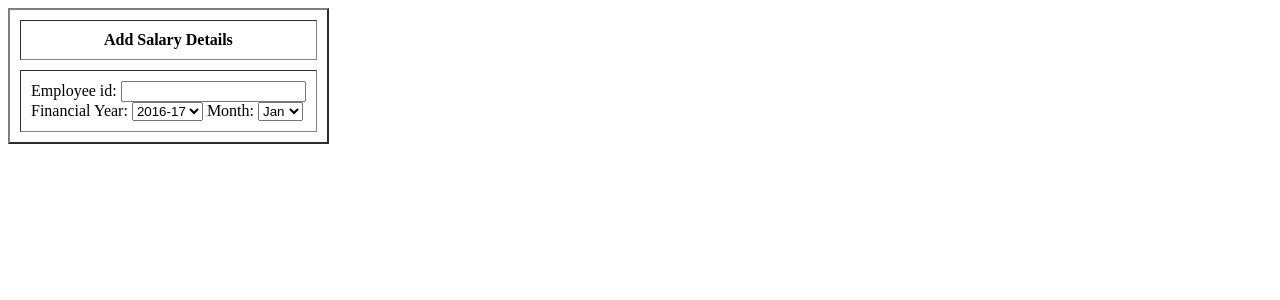
Repository: omgitsrish/MyProject
Page: http://localhost/Employee/
The author's editor kept a copy of each file at every save. The page is drawn from the files as they stood at one save, then again after the next save.
The browser window is 1280 px wide. The pictures show the whole page.
The page is served by Tomcat 9. Other server files are loaded and not shown.

Above is the page before, as saved 2018-07-31 19:37:55.

### Test/Employee/WebContent/index.jsp
<%@ page language="java" contentType="text/html; charset=ISO-8859-1"
	pageEncoding="ISO-8859-1"%>

<html>
<head>
<meta http-equiv="Content-Type" content="text/html; charset=ISO-8859-1">
<title>Insert title here</title>
</head>
<body>

<form action="Controller" method="get">
	<table border="2" cellspacing="10" cellpadding="10">
		<th>Add Salary Details</th>
		<tr>
			<td> Employee id: <input type="number" name="empid" /> <br>
				Financial Year:
				<select name="fyear" >
					<option>2016-17</option>
					<option>2017-18</option>
					<option>2018-19</option>
				</select>
				Month:
				<select name="fyear" >
					<option>Jan</option>
					<option>Feb</option>
					<option>Mar</option>
				</select>
		</tr>
	</table>
</form>

</body>
</html>

After the next save:
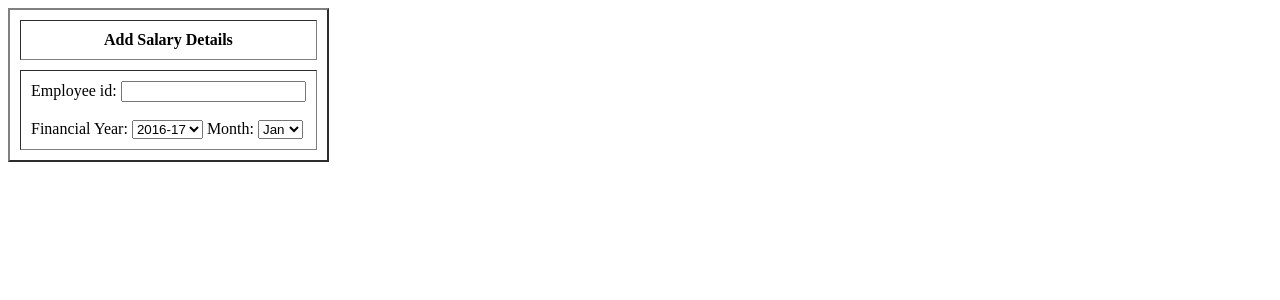
Saved 20 s later.
--- a/Test/Employee/WebContent/index.jsp
+++ b/Test/Employee/WebContent/index.jsp
@@ -12,7 +12,7 @@
 	<table border="2" cellspacing="10" cellpadding="10">
 		<th>Add Salary Details</th>
 		<tr>
-			<td> Employee id: <input type="number" name="empid" /> <br>
+			<td> Employee id: <input type="number" name="empid" /> <br><br>
 				Financial Year:
 				<select name="fyear" >
 					<option>2016-17</option>
